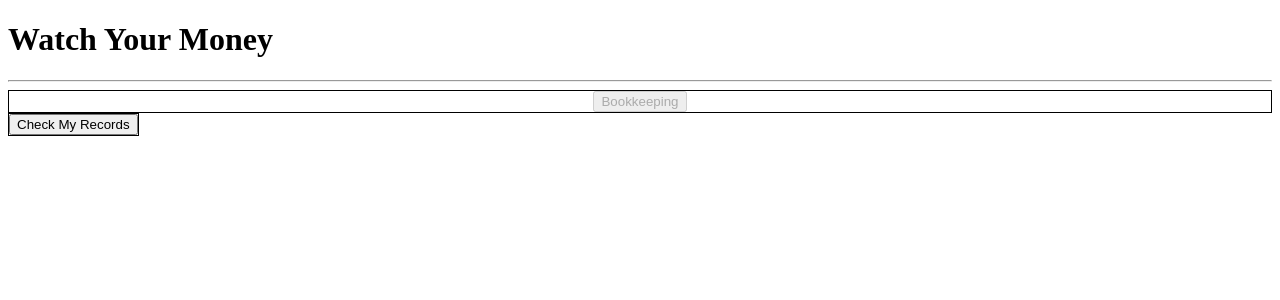
Repository: chelsea9869/Hackathon-TNT
Page: http://localhost/app/watch_your_money.php
The author's editor kept a copy of each file at every save. The page is drawn from the files as they stood at one save, then again after a run of saves.
The browser window is 1280 px wide. The pictures show the whole page.
The page is run by PHP 8.4 with error messages shown; the project is at /var/www/html/.

Above is the page before, as saved 2020-09-05 10:57:26.

After the next 2 saves:
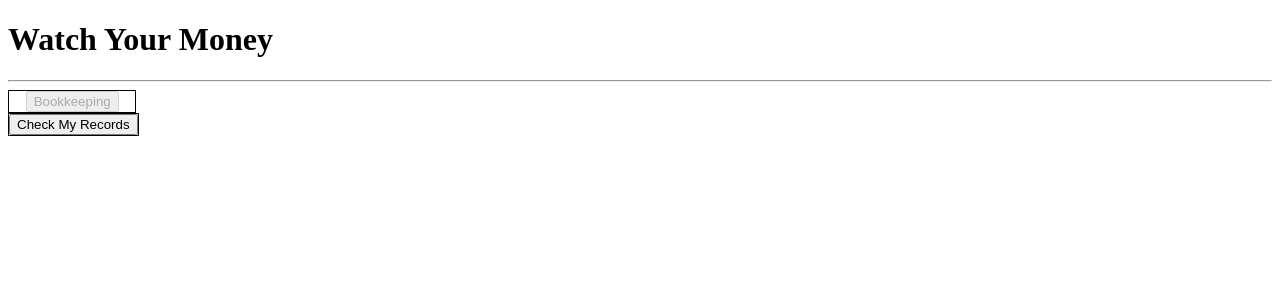
The 2 saves are shown as one change because they came seconds apart.
The last was saved 19 s later.
--- a/app/watch_your_money.php
+++ b/app/watch_your_money.php
@@ -9,7 +9,7 @@
     <h1>Watch Your Money</h1>
     <hr>
     <div name='function' style="width:100%">
-        <div id='bookkeeping' style="text-align:center;border:1px solid">
+        <div id='bookkeeping' style="width:10%;text-align:center;border:1px solid">
             <button disabled="disabled">Bookkeeping</button>
         </div>
         <div id='check_records' style="display:inline-table;text-align:center;border:1px solid">
